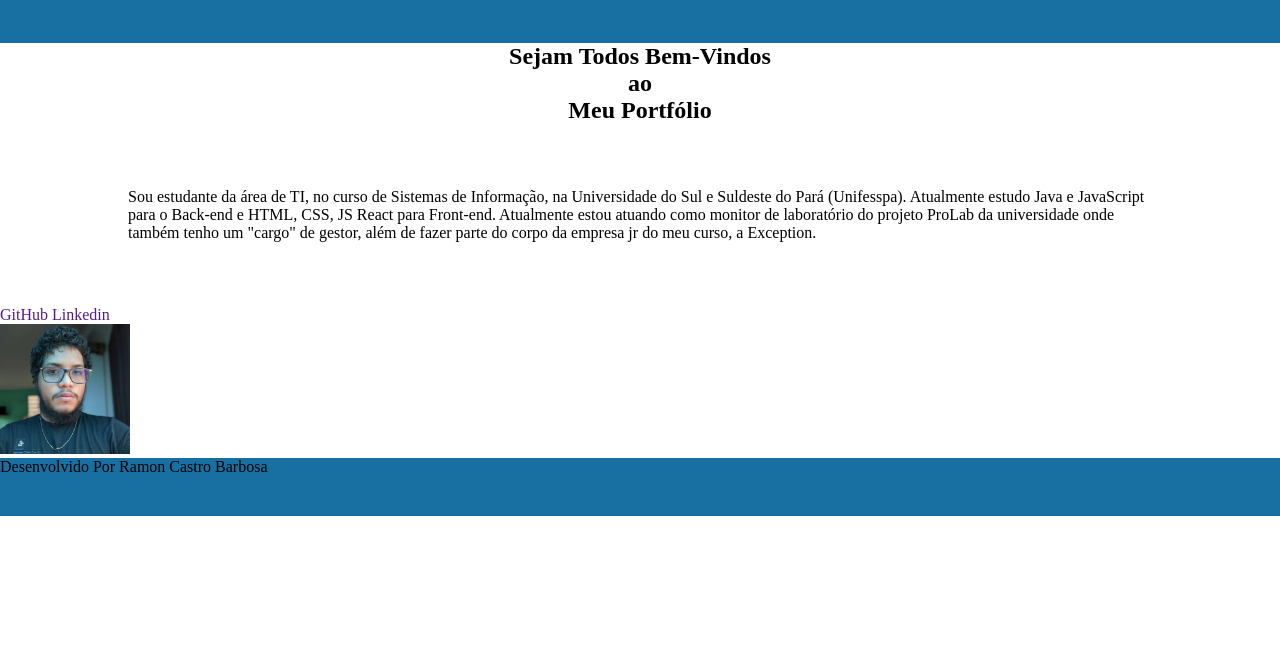
Repository: ramoncbarbosa/Web1_Atividade2
Page: index.html
An editor plug-in stored every save of this project. The page is shown before and after the next save, followed by the edit.
The browser window is 1280 px wide. The pictures show the whole page.

Above is the page before, as saved 2023-06-10 15:33:49.

### index.html
<!DOCTYPE html>
<html lang="pt-br">
<head>
    <meta charset="UTF-8">
    <meta name="viewport" content="width=device-width, initial-scale=1.0">
    <link rel="stylesheet" href="./styles/styles.css">
    <title>Portfólio</title>
</head>
<body>
    <header class="cabecalho">
        <nav>
           <a href=""></a>
           <a href=""></a>
        </nav>
    </header>
    <section></section>
    <main class="principal">
        <section class="principal__principal">
            <h1 class="principal__titulo">Sejam Todos Bem-Vindos<br> ao<br> <strong>Meu Portfólio</strong></h1>
            <p class="principal__texto">
                Sou estudante da área de TI, no curso de Sistemas de Informação, na Universidade do Sul e Suldeste do Pará (Unifesspa). Atualmente estudo Java e JavaScript para o Back-end e HTML, CSS, JS React para Front-end.
                    Atualmente estou atuando como monitor de laboratório do projeto ProLab da universidade onde também tenho um "cargo" de gestor, além de fazer parte do corpo da empresa jr do meu curso, a Exception.
            </p>
            <div class="princiapl__links">
                <a target="_blank" class="princiapl__links__social" href=""><img src="" alt="">GitHub</a>

                <a target="_blank" class="princiapl__links__social" href=""><img src="" alt="">Linkedin</a>
            </div>
        </section>
            <img src="./img/perfil.jpg" alt="" width="130" height="130">
    </main>
    <footer class="rodape">
        <p class="rodape__rodape">Desenvolvido Por Ramon Castro Barbosa</p>
    </footer>
</body>
</html>

### styles/styles.css
*{
    padding: 0;
    margin: 0;
    box-sizing: border-box;
    text-decoration: none;
}

:root{
    --cor-um: #176FA2;
    --cor-dois: #EEEEEE;
    --cor-tres: #000000;
}

.cabecalho{
    width: 100%;
    height: 6vh;
    padding: 2% 0 0 10%
    gap: 5rem;
    display: flex;
    background-color: var(--cor-um);
}

.principal{
    justify-content: center;
}

.principal__titulo{
    text-align: center;
    justify-content: center;
}

.principal__texto{
    display: flex;
    align-items: center;
    flex-wrap: wrap;
    justify-content: space-around;
    padding: 5% 10%;
}

.principal__links{
    display: flex;
    flex-direction: column;
    justify-content: space-between;
    align-items: center;
    gap: 1rem;
}

.principal__links__social{
    display: flex;
    align-items: center;
    justify-content: center;
    gap: 1rem;
    border: 2px solid #73578D;
    width: 50%;
    padding: 1rem 0;
}

.imagem{

}

.rodape{
    width: 100%;
    height: 8vh;
    display: flex;
    background-color: var(--cor-um);
}

After the next save:
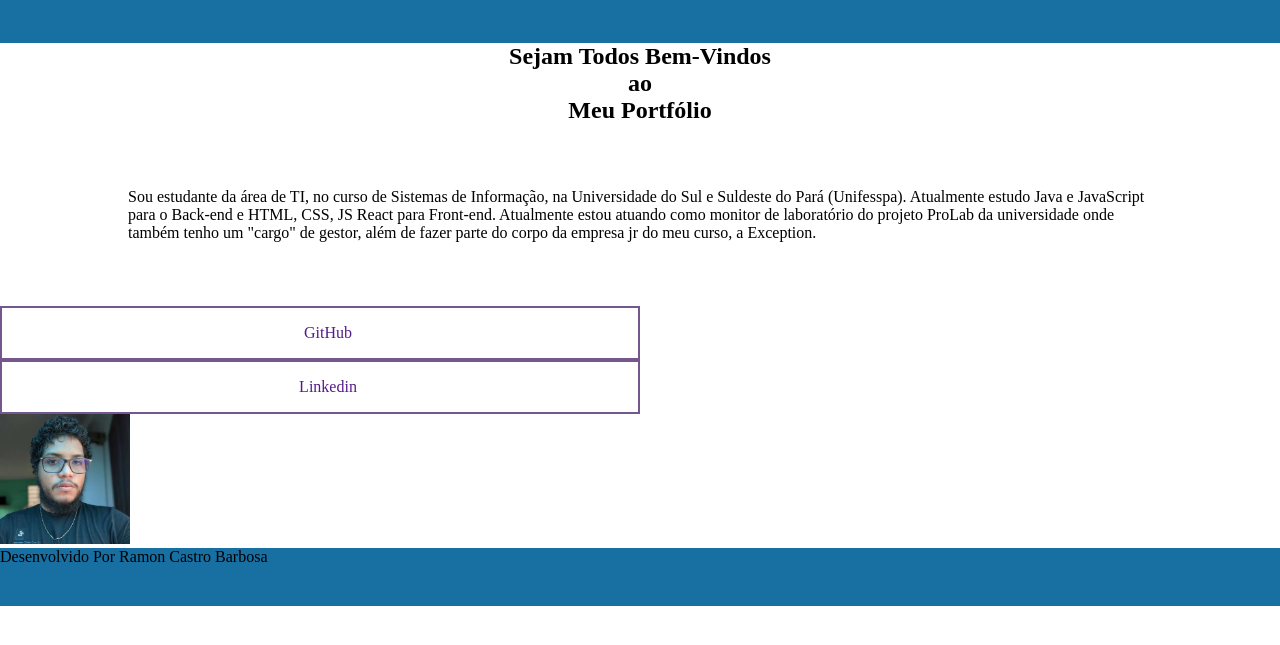
Saved 15 s later.
--- a/styles/styles.css
+++ b/styles/styles.css
@@ -45,7 +45,7 @@
     gap: 1rem;
 }
 
-.principal__links__social{
+.princiapl__links__social{
     display: flex;
     align-items: center;
     justify-content: center;
